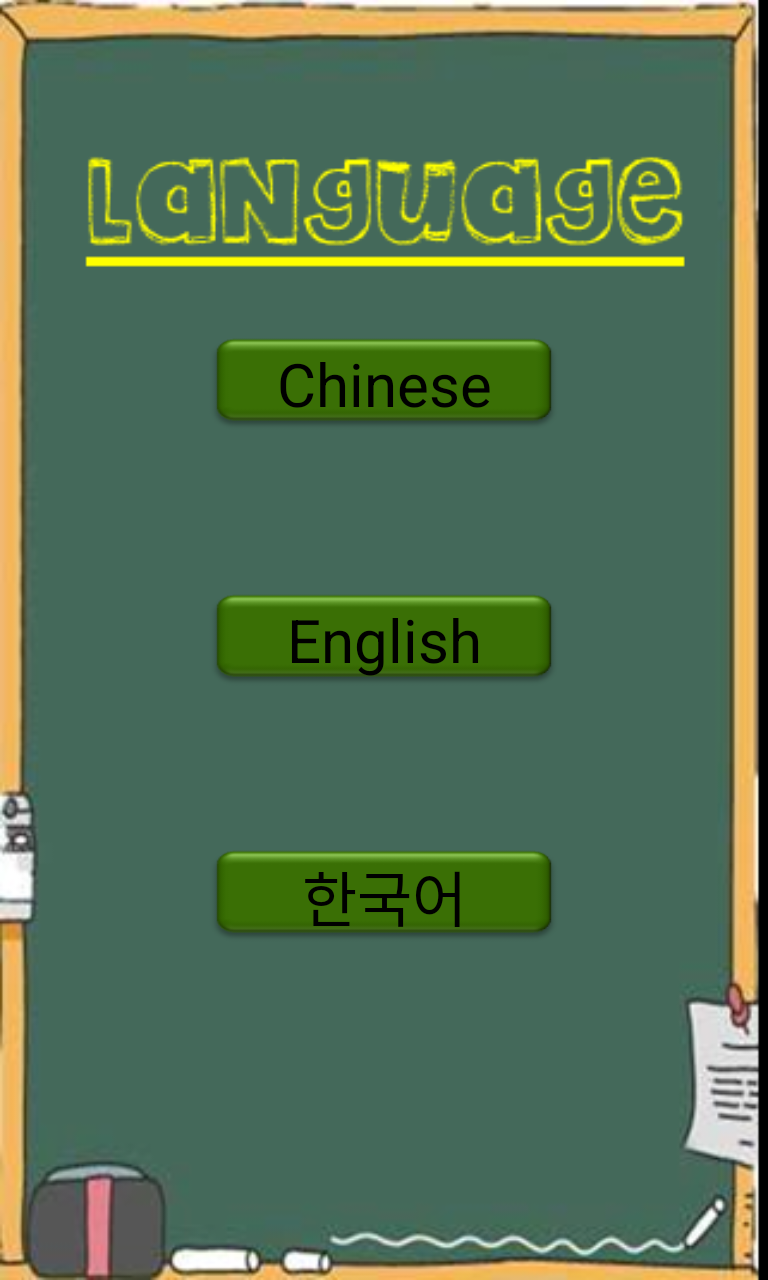
Repository: aster9725/HK-CityU-SummerExchange
Layout: WordQuiz/res/layout/activity_language.xml
The author's editor kept a copy of each file at every save. The layout is drawn from the files as they stood at one save, then again after the next save.
It is drawn on a 768 x 1280 px phone screen (xhdpi) without system bars, with theme android:Theme.NoTitleBar; the app's code is not run.

Above is the layout before, as saved 2014-07-24 12:15:26.

After the next save:
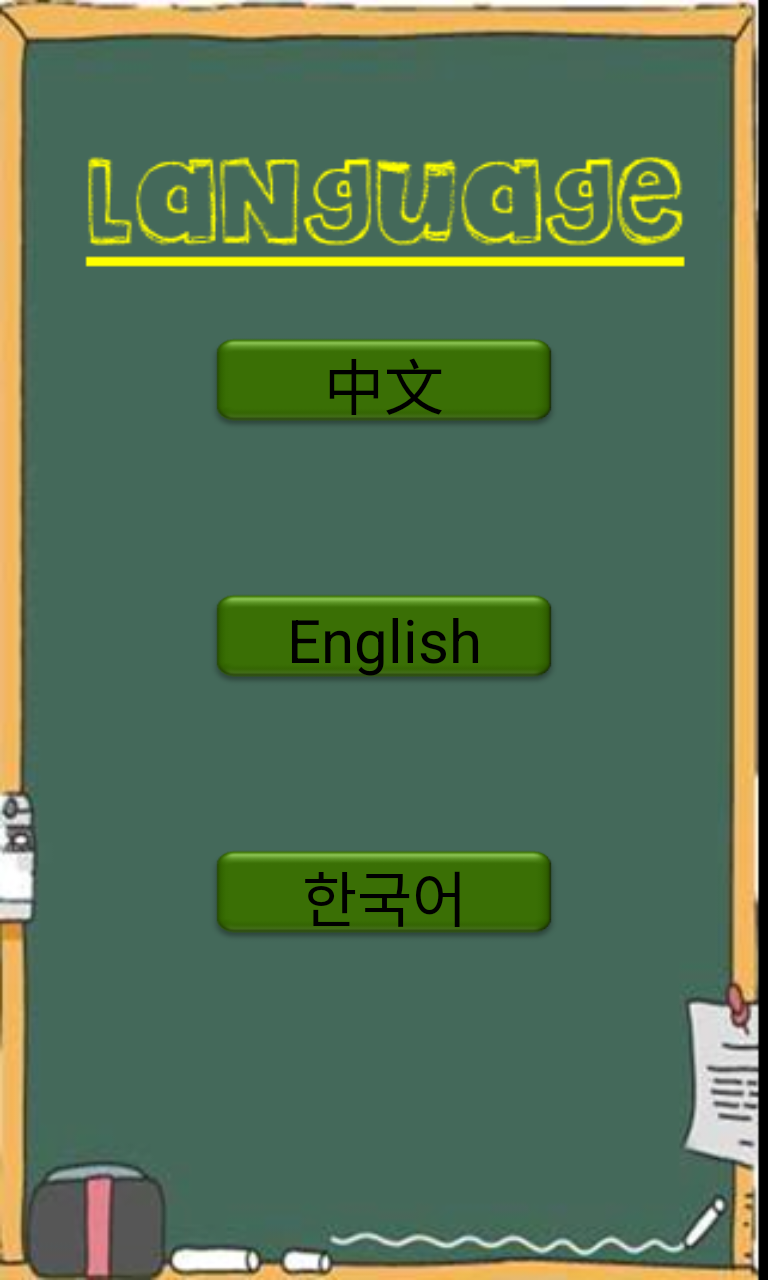
Saved 84 min 31 s later.
--- a/WordQuiz/res/layout/activity_language.xml
+++ b/WordQuiz/res/layout/activity_language.xml
@@ -28,7 +28,7 @@
             android:id="@+id/lang_chinese"
             android:layout_width="180sp"
             android:layout_height="50dp"
-            android:text="Chinese"
+            android:text="中文"
             android:textSize="30dp"
             android:background="@drawable/res_greenbtn" />
     </LinearLayout>
